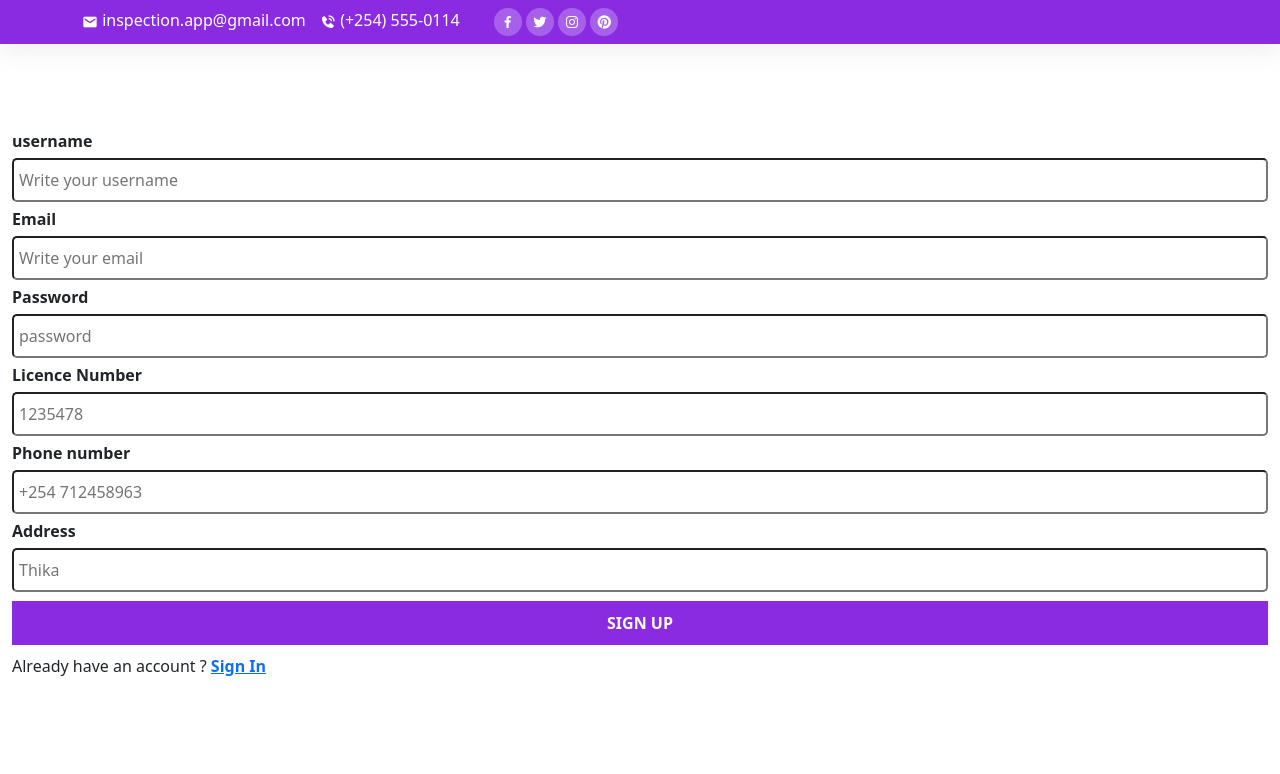
Repository: NDISHAW/Inspectionapp-rails
Page: public/signup.html
The author's editor kept a copy of each file at every save. The page is drawn from the files as they stood at one save, then again after the next save.
The browser window is 1280 px wide. The pictures show the whole page.

Above is the page before, as saved 2022-10-09 04:22:02.

After the next save:
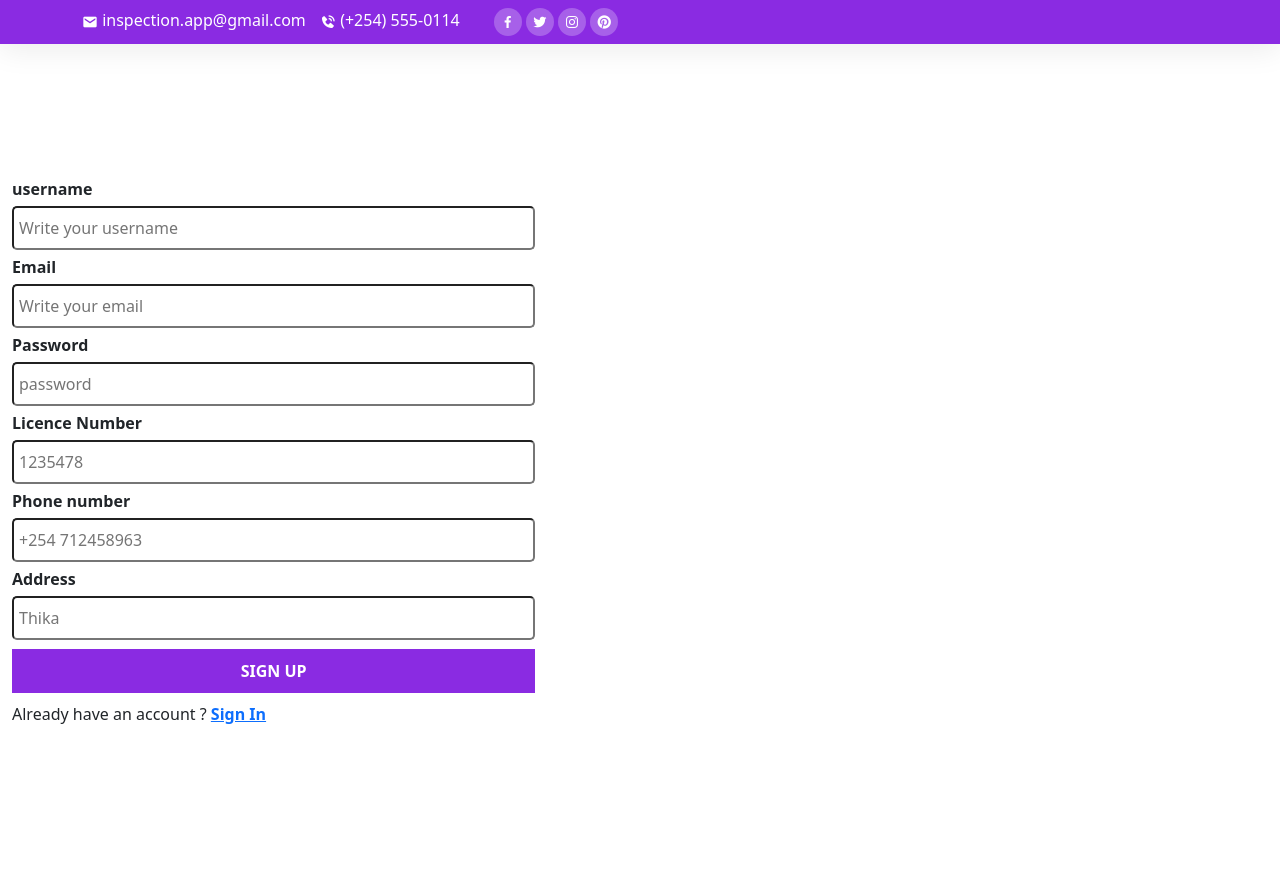
Saved 33 s later.
--- a/public/signup.html
+++ b/public/signup.html
@@ -36,7 +36,7 @@
     <section id="about">
       <div class="container-fluid">
     <div class="col-auto justify-content-center ">
-      <div class="justify-content-center flex">
+      <div class="col-lg-5 py-5">
       <!-- username  -->
       <div class="username">
         <label for="username">username</label>
